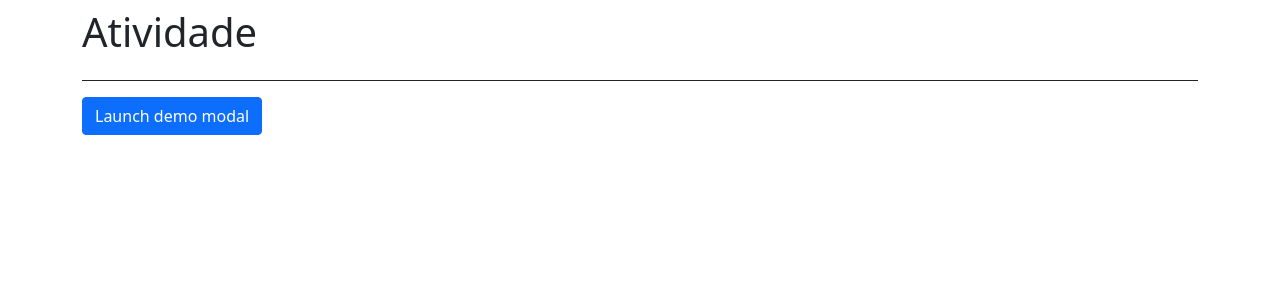
Repository: faribeiro/react-dotnetcore-efcore
Page: / (app in front/pro-atividade-app/)
An editor plug-in stored every save of this project. The page is shown before and after the next save, followed by the edit.
The browser window is 1280 px wide. The pictures show the whole page.
The page's requests for data from a server got no answer. The project was rebuilt for these pictures with package versions that can differ from the ones it lists, and the page was loaded fresh each time. No one was signed in, and anything a server would have sent is missing. Also part of the build but not shown: front/pro-atividade-app/src/components/AtividadeForm.js, front/pro-atividade-app/src/components/Atividade.js.

Above is the page before, as saved 2023-10-24 15:16:19.

### front/pro-atividade-app/src/index.js
import React from 'react';
import ReactDOM from 'react-dom/client';
import './index.css';
import 'bootstrap/dist/css/bootstrap.min.css';
import App from './App';


const root = ReactDOM.createRoot(document.getElementById('root'));
root.render(
  <div className='container'>
    <App />

  </div>
);

// If you want to start measuring performance in your app, pass a function
// to log results (for example: reportWebVitals(console.log))
// or send to an analytics endpoint. Learn more: https://bit.ly/CRA-vitals

### front/pro-atividade-app/src/index.css
@import url('../node_modules/@fortawesome/fontawesome-free/css/all.min.css');

### front/pro-atividade-app/src/App.js
import {useEffect, useState} from 'react';
import './App.css';
import { Button, Modal } from 'react-bootstrap';
import AtividadeForm from './components/AtividadeForm';
import AtividadeLista from './components/AtividadeLista';
import api from './api/atividade';

function App() {
  const [show, setShow] = useState(false);
  const [atividades, setAtividades] = useState([])
  const [atividade, setAtividade] = useState({id:0})

  const handleClose = () => setShow(false);
  const handleShow = () => setShow(true);

  const pegaTodasAtividades = async () => {
    const response = await api.get('atividade');
    return response.data;
  }

  useEffect(() => {
    //atividades.length <= 0 ? setIndex(1) :
    //setIndex(Math.max.apply( Math, atividades.map((item) => item.id)) + 1)
    const getAtividades = async () => {
      const todasAtividades = await pegaTodasAtividades()
      if (todasAtividades) setAtividades(todasAtividades)
    }
    getAtividades();
  },[])

   const addAtividade = async (ativ) => {
    const response = await api.post('atividade', ativ)
    console.log(response.data)
    setAtividades([ ...atividades, response.data])
  }

  function cancelarAtividade() {
    setAtividade({id: 0})
  }

  const atualizarAtividade = async (ativ) => {
    const response = await api.put(`atividade/${ativ.id}`, ativ)
    const {id} = response.data
    setAtividades(
      atividades.map((item) => (item.id === id ? response.data : item ))
    )
    setAtividade({id: 0})
  }

  const deletarAtividade = async (id) => {
    if (await api.delete(`atividade/${id}`))
    {
      const atividadesFiltradas = atividades.filter(atividade => atividade.id !== id)
          setAtividades([...atividadesFiltradas])
    }
  }

  function pegarAtividade(id) {
    const atividade = atividades.filter(atividade => atividade.id === id)
    setAtividade(atividade[0])
  }

  return (
    <>
      <div className="d-flex justify-content-between align-items-end mt-2 pb-3 border-bottom border-dark">
        <h1>Atividade {atividade.id !== 0 ? atividade.id : ''}</h1>

      </div>

      <AtividadeLista
        atividades={atividades}
        deletarAtividade={deletarAtividade}
        pegarAtividade={pegarAtividade}
      />

      <Button variant="primary" onClick={handleShow}>
        Launch demo modal
      </Button>

      <Modal show={show} onHide={handleClose}>
        <Modal.Header closeButton>
          <Modal.Title>Modal heading</Modal.Title>
        </Modal.Header>
        <Modal.Body>
          <AtividadeForm
            addAtividade={addAtividade}
            cancelarAtividade={cancelarAtividade}
            atualizarAtividade={atualizarAtividade}
            ativSelecionada={atividade}
            atividades={atividades}
          />
        </Modal.Body>
      </Modal>

    </>

  );
}

export default App;

### front/pro-atividade-app/src/components/AtividadeLista.js
import React from 'react'
import Atividade from './Atividade'

export default function AtividadeLista(props) {
  return (
    <div className="mt-3">
          {props.atividades.map(ativ => (
            <Atividade
              key={ativ.id}
              ativ={ativ}
              deletarAtividade={props.deletarAtividade}
              pegarAtividade={props.pegarAtividade}
            />
          ))}
        </div>
  )
}

### front/pro-atividade-app/src/api/atividade.js
import axios from 'axios';

export default axios.create({
    baseURL: 'http://localhost:5000/api/',
})

Loaded but not shown: front/pro-atividade-app/public/index.html (common file); front/pro-atividade-app/src/App.css (no stored copy; drawn as an empty file)

After the next save:
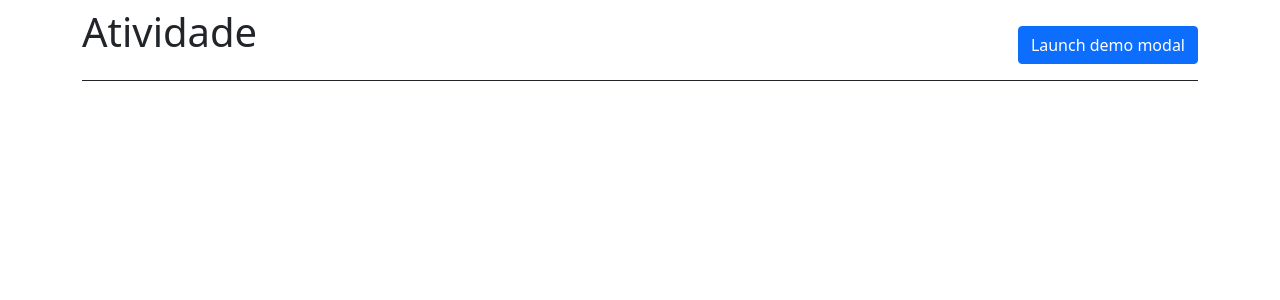
Saved 5 s later.
--- a/front/pro-atividade-app/src/App.js
+++ b/front/pro-atividade-app/src/App.js
@@ -64,7 +64,9 @@ function App() {
     <>
       <div className="d-flex justify-content-between align-items-end mt-2 pb-3 border-bottom border-dark">
         <h1>Atividade {atividade.id !== 0 ? atividade.id : ''}</h1>
-
+        <Button variant="primary" onClick={handleShow}>
+        Launch demo modal
+      </Button>
       </div>
 
       <AtividadeLista
@@ -73,9 +75,7 @@ function App() {
         pegarAtividade={pegarAtividade}
       />
 
-      <Button variant="primary" onClick={handleShow}>
-        Launch demo modal
-      </Button>
+
 
       <Modal show={show} onHide={handleClose}>
         <Modal.Header closeButton>
